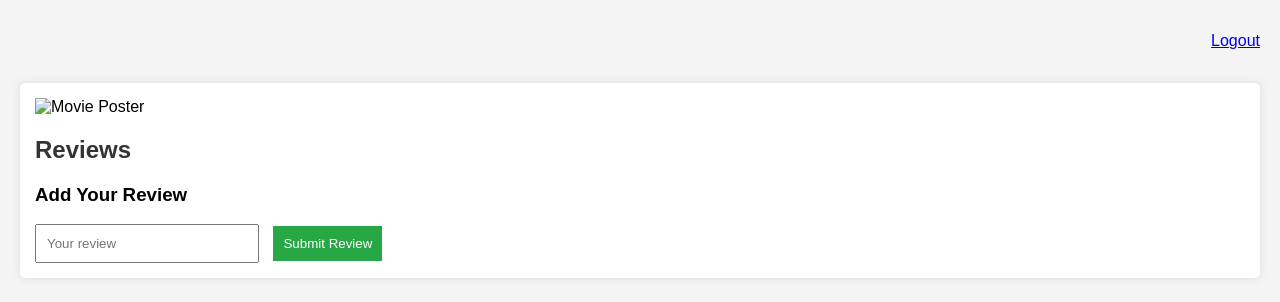
Repository: HitheshSoosaiManickam/Movie-Review-System
Page: Web_Tech/frontend/movie.html
An editor plug-in stored every save of this project. The page is shown before and after the next save, followed by the edit.
The browser window is 1280 px wide. The pictures show the whole page.

Above is the page before, as saved 2024-10-23 11:36:34.

After the next save:
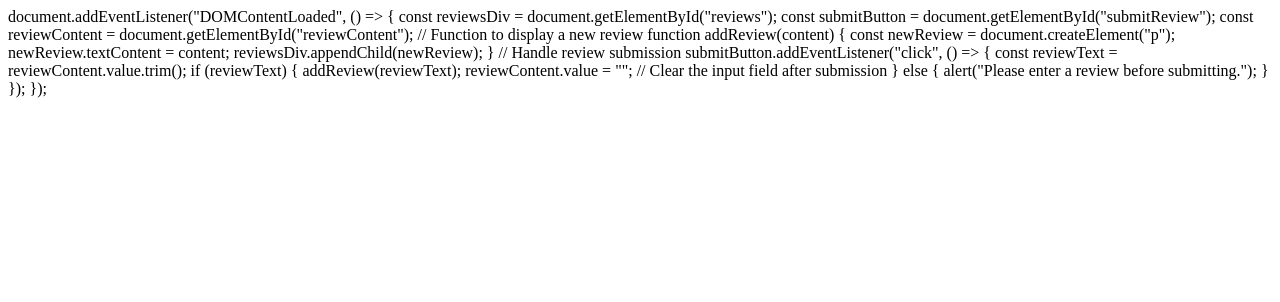
Saved 24 h 20 min later.
--- a/Web_Tech/frontend/movie.html
+++ b/Web_Tech/frontend/movie.html
@@ -1,25 +1,23 @@
-<!DOCTYPE html>
-<html lang="en">
-<head>
-    <meta charset="UTF-8">
-    <meta name="viewport" content="width=device-width, initial-scale=1.0">
-    <title>Movie Details</title>
-    <link rel="stylesheet" href="styles.css">
-</head>
-<body>
-    <div class="header">
-        <h1 id="movieName"></h1>
-        <a href="#" id="logout">Logout</a>
-    </div>
-    <div id="movieDetails">
-        <img id="moviePoster" alt="Movie Poster">
-        <p id="movieDescription"></p>
-        <h2>Reviews</h2>
-        <div id="reviews"></div>
-        <h3>Add Your Review</h3>
-        <input type="text" id="reviewContent" placeholder="Your review">
-        <button id="submitReview">Submit Review</button>
-    </div>
-    <script src="script.js"></script>
-</body>
-</html>
+document.addEventListener("DOMContentLoaded", () => {
+    const reviewsDiv = document.getElementById("reviews");
+    const submitButton = document.getElementById("submitReview");
+    const reviewContent = document.getElementById("reviewContent");
+
+    // Function to display a new review
+    function addReview(content) {
+        const newReview = document.createElement("p");
+        newReview.textContent = content;
+        reviewsDiv.appendChild(newReview);
+    }
+
+    // Handle review submission
+    submitButton.addEventListener("click", () => {
+        const reviewText = reviewContent.value.trim();
+        if (reviewText) {
+            addReview(reviewText);
+            reviewContent.value = "";  // Clear the input field after submission
+        } else {
+            alert("Please enter a review before submitting.");
+        }
+    });
+});
